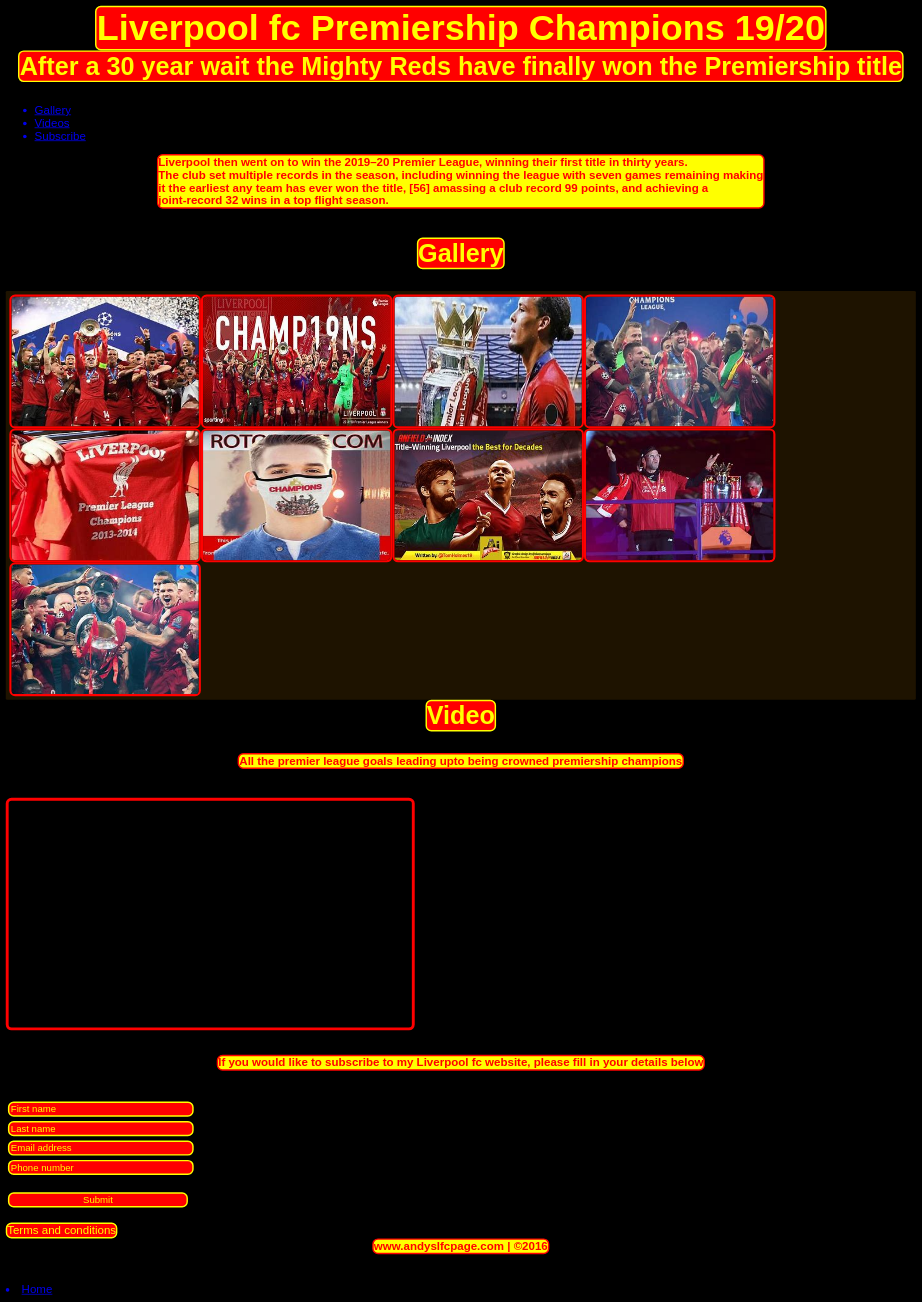
Repository: andyd71/HTML_and_CSS
Page: one_page_website/One_Page_Website.html
An editor plug-in stored every save of this project. The page is shown before and after the next save, followed by the edit.
The browser window is 1280 px wide. The pictures show the whole page, at 72% of full size.
Pictures or frames that could not be fetched are drawn as grey boxes.

Above is the page before, as saved 2020-10-09 20:02:29.

After the next save:
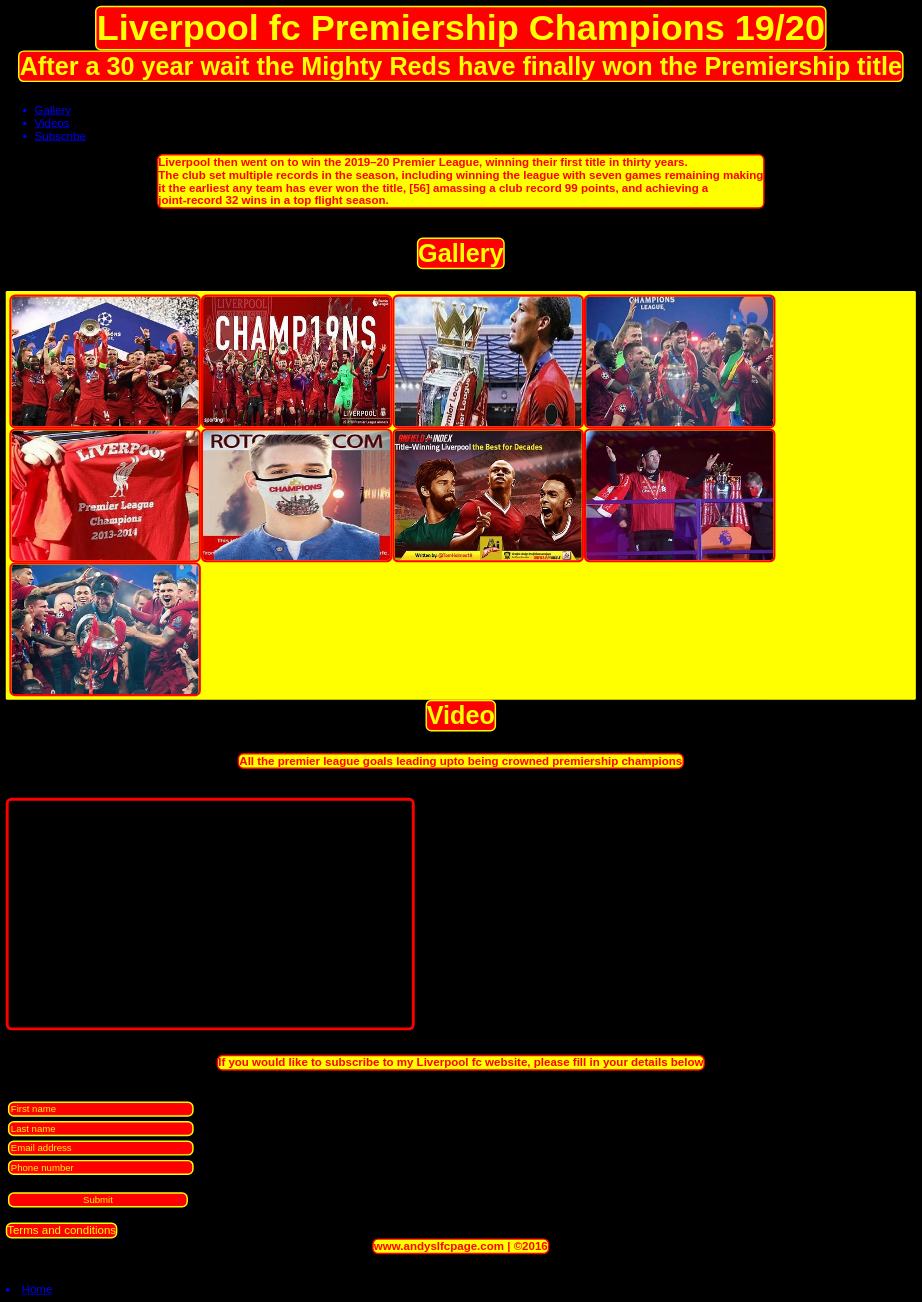
Saved 2 min 46 s later.
--- a/one_page_website/css/One_page_website.css
+++ b/one_page_website/css/One_page_website.css
@@ -85,7 +85,7 @@
     padding: 5px;
     border-radius: 2px;
 	margin: 0px auto;
-	background-color: rgba(100, 65, 0, .3);
+	background-color: yellow;
     box-shadow: 2px 2px 10px 0 rgba(0, 0, 0, 0.5);
 }
 
